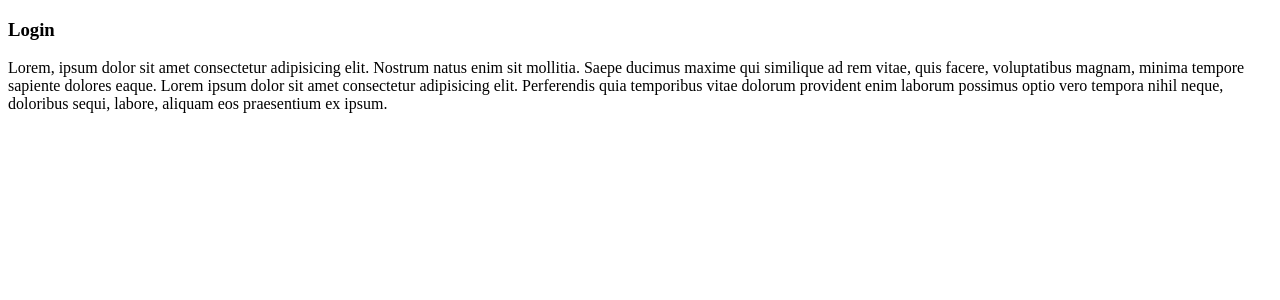
Repository: syaripTK/belajar-collab
Page: login.html
An editor plug-in stored every save of this project. The page is shown before and after a run of saves, followed by the edit.
The browser window is 1280 px wide. The pictures show the whole page.

Above is the page before, as saved 2025-12-15 10:42:57.

After the next 5 saves:
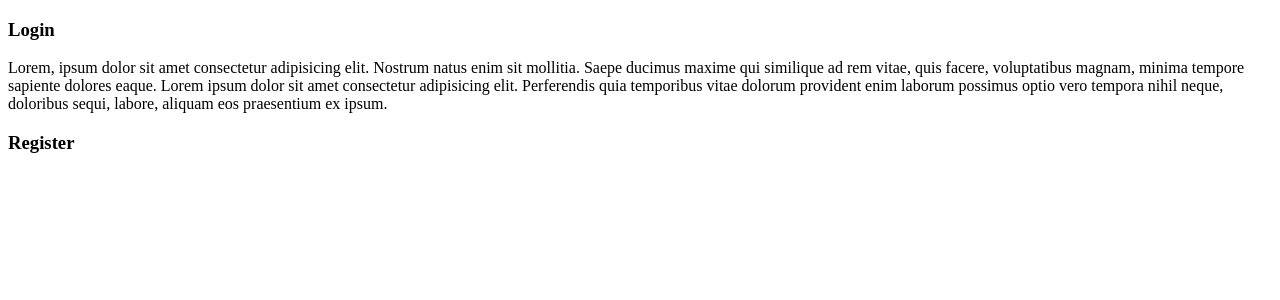
The 5 saves are shown as one change because they came seconds apart.
The last was saved 9 min 53 s later.
--- a/login.html
+++ b/login.html
@@ -8,5 +8,8 @@
 <body>
     <h3>Login</h3>
     <p>Lorem, ipsum dolor sit amet consectetur adipisicing elit. Nostrum natus enim sit mollitia. Saepe ducimus maxime qui similique ad rem vitae, quis facere, voluptatibus magnam, minima tempore sapiente dolores eaque. Lorem ipsum dolor sit amet consectetur adipisicing elit. Perferendis quia temporibus vitae dolorum provident enim laborum possimus optio vero tempora nihil neque, doloribus sequi, labore, aliquam eos praesentium ex ipsum.</p>
+
+    <h3>Register</h3>
+    <p></p>
 </body>
 </html>
